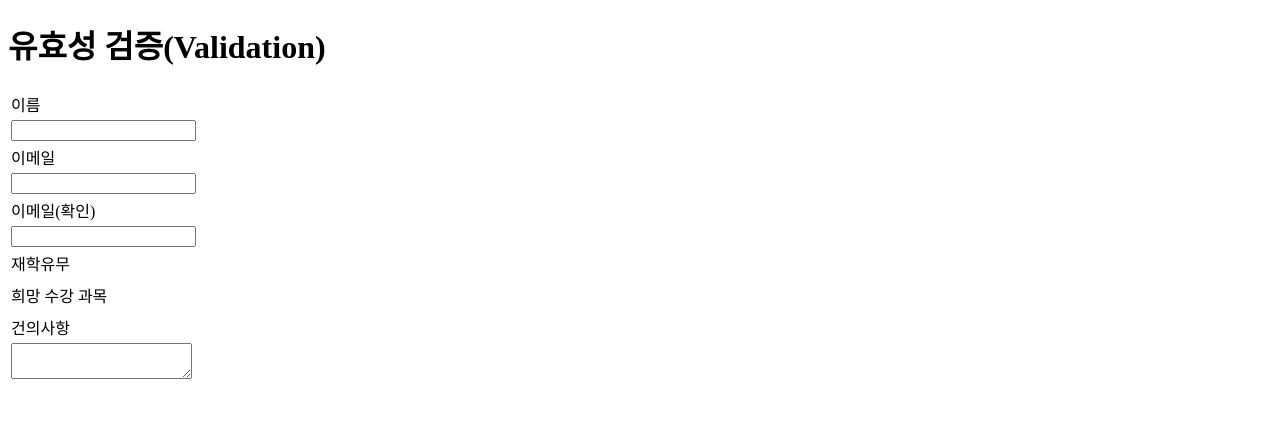
Repository: brotherdoor/myworkplace
Page: http://localhost/AjaxWithXML/validation.jsp
The author's editor kept a copy of each file at every save. The page is drawn from the files as they stood at one save, then again after the next save.
The browser window is 1280 px wide. The pictures show the whole page.
Some web libraries are served in a nearby version. The page is served by Tomcat 9. Other server files are loaded and not shown.

Above is the page before, as saved 2017-03-10 02:37:50.

### mybatis/AjaxWithXML/WebContent/validation.jsp
<%@ page language="java" contentType="text/html; charset=EUC-KR"
    pageEncoding="EUC-KR"%>
<!DOCTYPE html PUBLIC "-//W3C//DTD HTML 4.01 Transitional//EN" "http://www.w3.org/TR/html4/loose.dtd">
<html>
<head>
<meta http-equiv="Content-Type" content="text/html; charset=EUC-KR">
<title>Insert title here</title>
<script type="text/javascript"
	src="https://ajax.googleapis.com/ajax/libs/jquery/3.1.1/jquery.min.js"></script>
</head>
<body>
	<h1>유효성 검증(Validation)</h1>
	<form action="#">
		<table>
			<tr><td>이름</td></tr>
			<tr><td><input type="text" id="name"></td></tr>
			<tr><td>이메일</td></tr>
			<tr><td><input type="text" id="name"></td></tr>
			<tr><td>이메일(확인)</td></tr>
			<tr><td><input type="text" id="name"></td></tr>
			<tr><td>재학유무</td></tr>
			<tr><td></td></tr>
			<tr><td>희망 수강 과목</td></tr>
			<tr><td></td></tr>
			<tr><td>건의사항</td></tr>
			<tr><td><textarea id="wish"></textarea></td></tr>
		</table>
	</form>

</body>
</html>

After the next save:
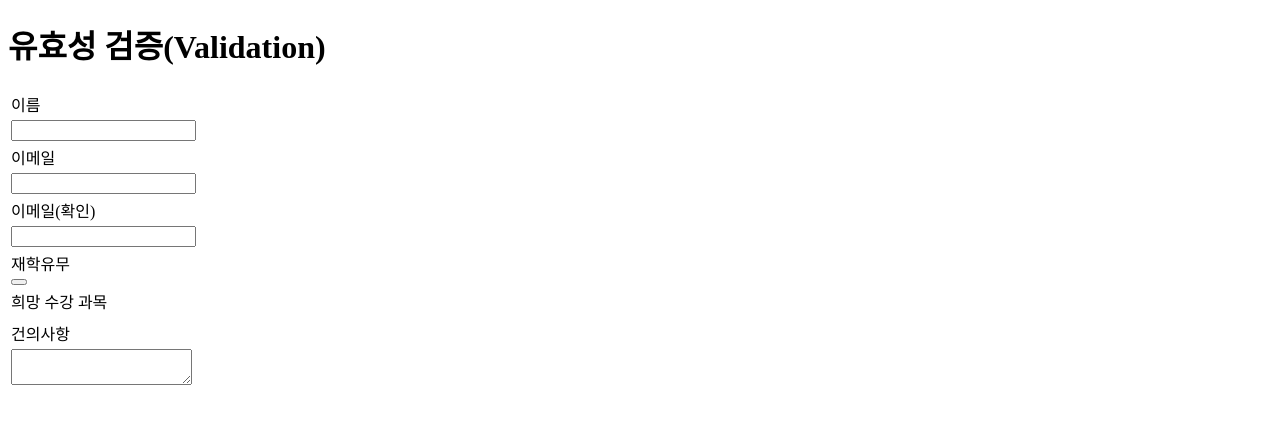
Saved 57 s later.
--- a/mybatis/AjaxWithXML/WebContent/validation.jsp
+++ b/mybatis/AjaxWithXML/WebContent/validation.jsp
@@ -19,7 +19,7 @@
 			<tr><td>이메일(확인)</td></tr>
 			<tr><td><input type="text" id="name"></td></tr>
 			<tr><td>재학유무</td></tr>
-			<tr><td></td></tr>
+			<tr><td><button type="radio"></button></td></tr>
 			<tr><td>희망 수강 과목</td></tr>
 			<tr><td></td></tr>
 			<tr><td>건의사항</td></tr>
